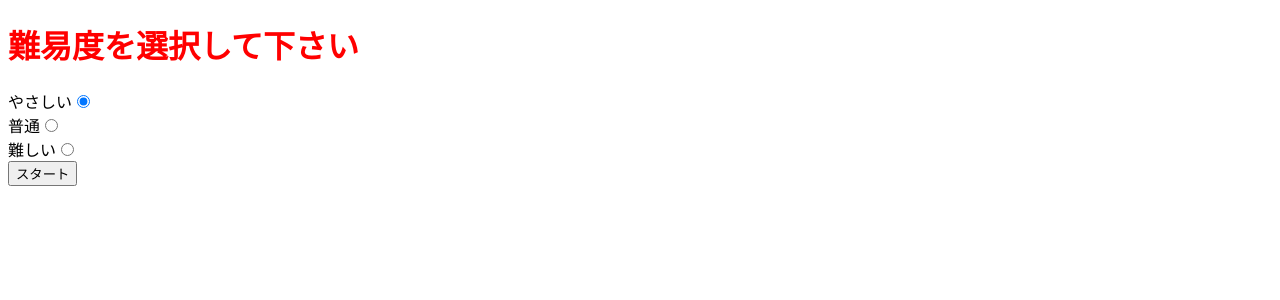
Repository: yamada-qq/blackjack
Page: http://localhost/blackjack/menu.jsp
The author's editor kept a copy of each file at every save. The page is drawn from the files as they stood at one save, then again after the next save.
The browser window is 1280 px wide. The pictures show the whole page.
The page is served by Tomcat 9. Other server files are loaded and not shown.

Above is the page before, as saved 2024-11-25 02:49:42.

### blackjack/blackjack/src/main/webapp/menu.jsp
<%@ page language="java" contentType="text/html; charset=UTF-8"
    pageEncoding="UTF-8"%>
<!DOCTYPE html>
<html lang="ja">
<head>
<meta charset="UTF-8">
<link rel="stylesheet" href="CSS/style.css">
<title>Insert title here</title>
</head>
<body>
	<h1>難易度を選択して下さい</h1>
	<form action="GameStart" method="post">
	やさしい<input type="radio" name="level" value="1" checked><br>
	普通<input type="radio" name="level" value="2"><br>
	難しい<input type="radio" name="level" value="3"><br>
	<input type="submit" value="スタート">
	</form>
</body>
</html>

### blackjack/blackjack/src/main/webapp/CSS/style.css
@charset "UTF-8";

table tr td {
    border: 1px solid black; /* セルの外枠を黒に設定 */
    text-align: left; /* テキストを左揃え */
    height: 110px;
    width: 75px;
    font-size: 33px;

}

h1{
	color: red;
}

After the next save:
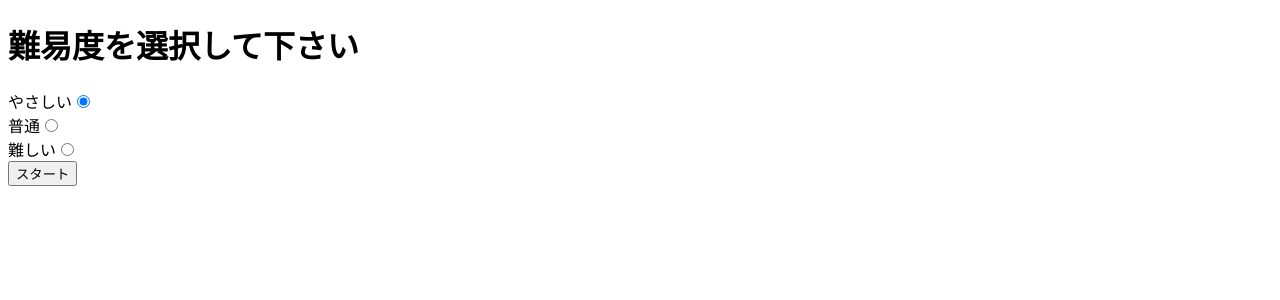
Saved 4 s later.
--- a/blackjack/blackjack/src/main/webapp/CSS/style.css
+++ b/blackjack/blackjack/src/main/webapp/CSS/style.css
@@ -8,7 +8,3 @@
     font-size: 33px;
 
 }
-
-h1{
-	color: red;
-}
